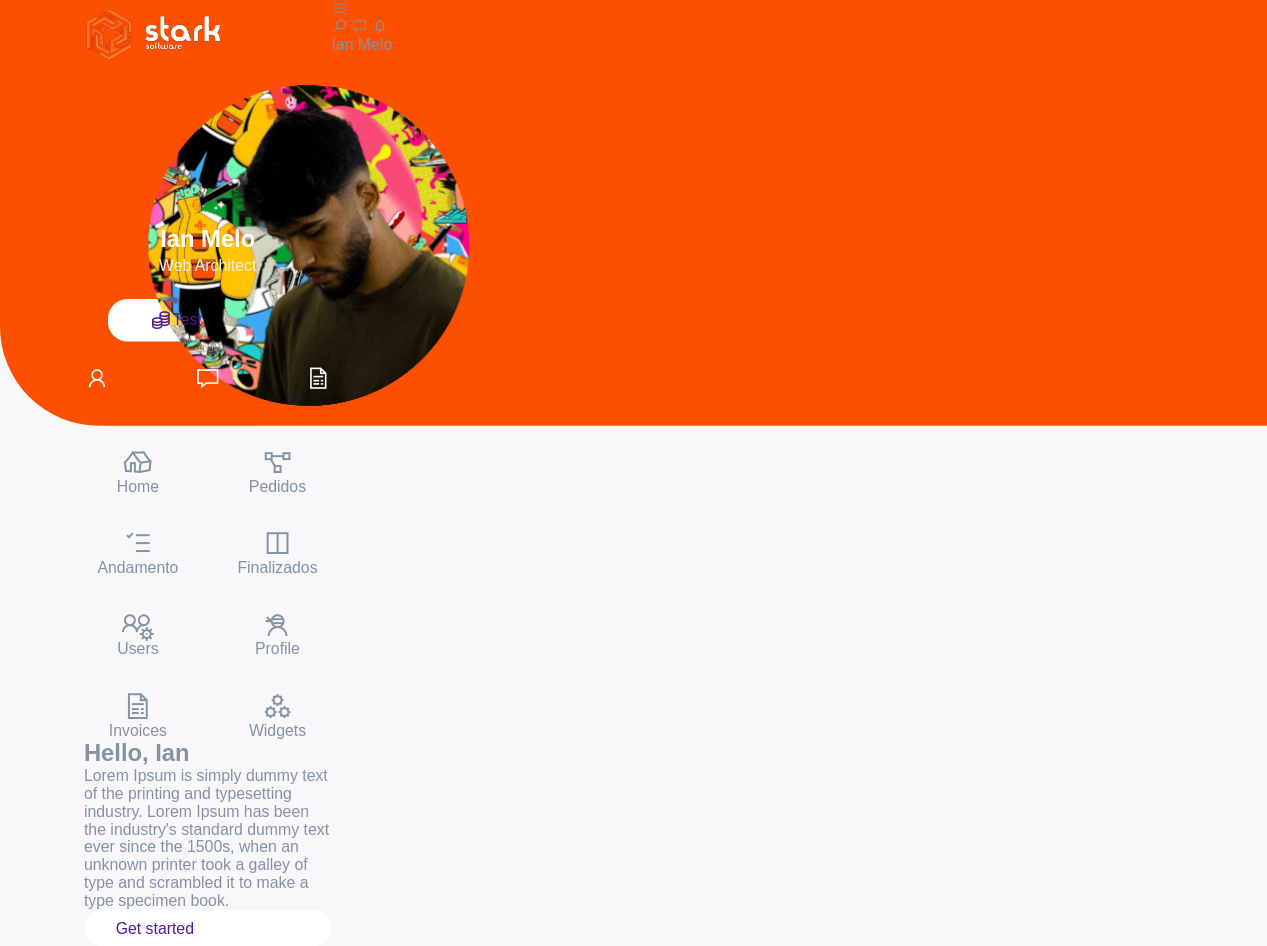
Repository: ichumbo/StarkDashboard
Page: index.html
These files come from the project's save history. The page is drawn as it stood at one moment and after the next save; the edit follows.
The browser window is 1280 px wide. The pictures show the whole page, at 99% of full size.
Pictures or frames that could not be fetched are drawn as grey boxes.

Above is the page before, as saved 2023-06-06 18:37:06.

After the next save:
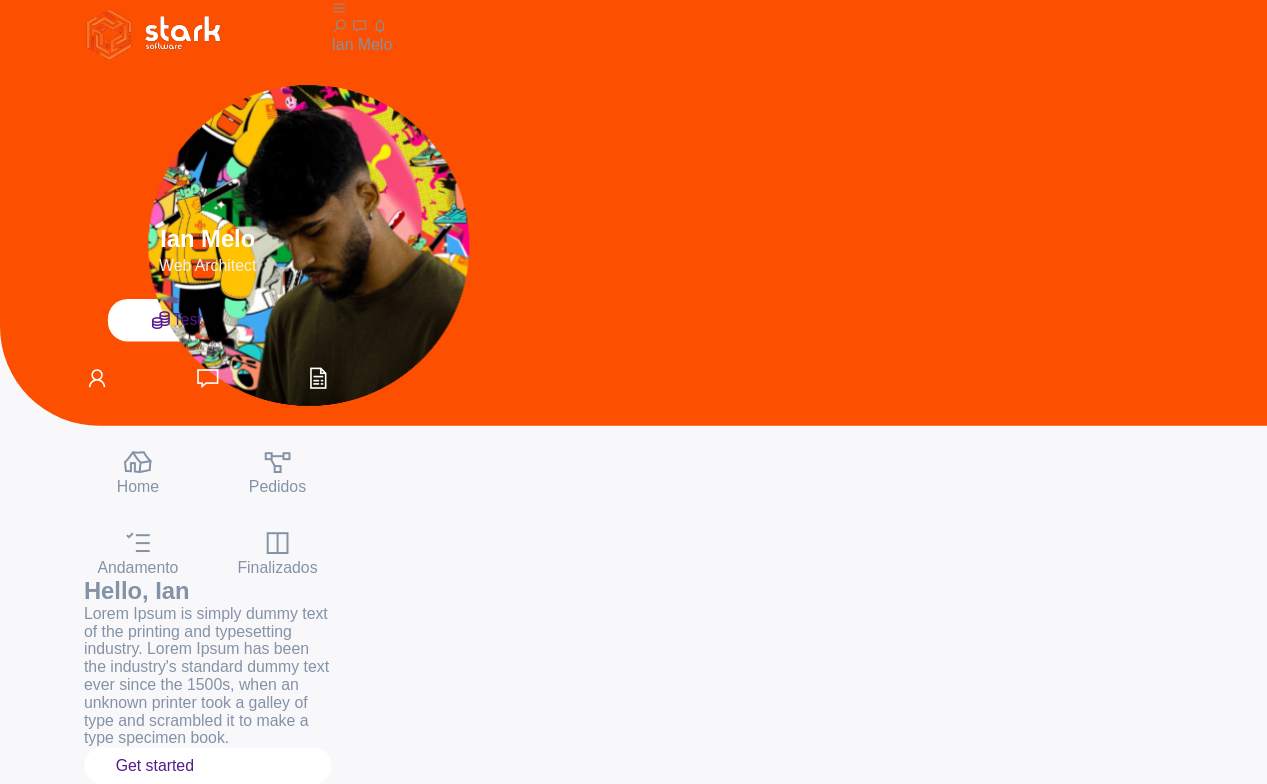
Saved 8 s later.
--- a/index.html
+++ b/index.html
@@ -74,34 +74,6 @@
                     </a>
                 </div>
 
-                <div class="menu-item">
-                    <a href="">
-                        <span class="las la-users-cog"></span>
-                        <span>Users</span>
-                    </a>
-                </div>
-
-                <div class="menu-item">
-                    <a href="">
-                        <span class="las la-user-ninja"></span>
-                        <span>Profile</span>
-                    </a>
-                </div>
-
-                <div class="menu-item">
-                    <a href="">
-                        <span class="las la-file-invoice"></span>
-                        <span>Invoices</span>
-                    </a>
-                </div>
-
-                <div class="menu-item">
-                    <a href="">
-                        <span class="las la-cogs"></span>
-                        <span>Widgets</span>
-                    </a>
-                </div>
-
             </div>
 
             <!--Cards-->
